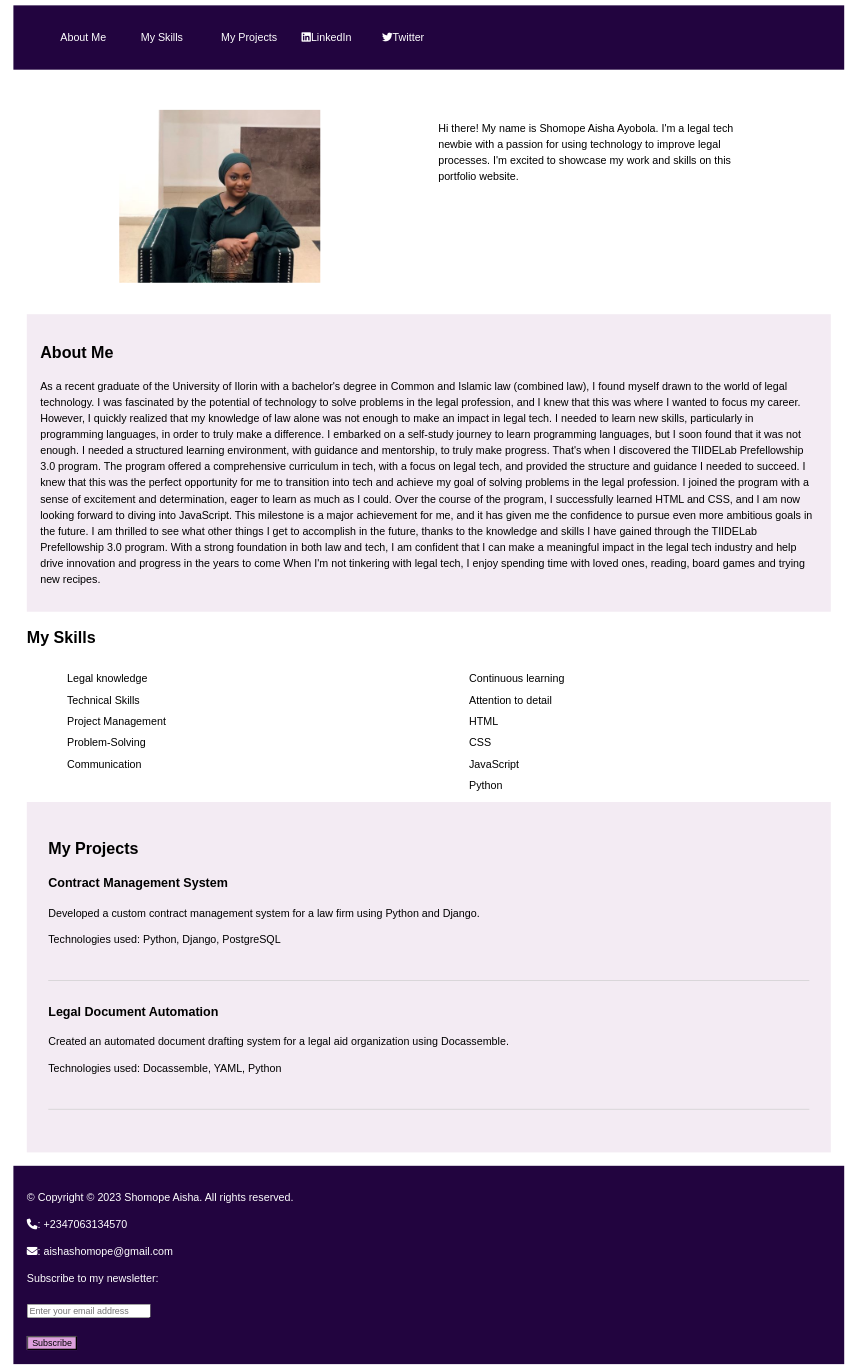
Repository: Iyewande/AishasPortfolio
Page: Index.html
The author's editor kept a copy of each file at every save. The page is drawn from the files as they stood at one save, then again after the next save.
The browser window is 1280 px wide. The pictures show the whole page, at 67% of full size.
Some web libraries are served in a nearby version.

Above is the page before, as saved 2023-05-04 22:14:45.

After the next save:
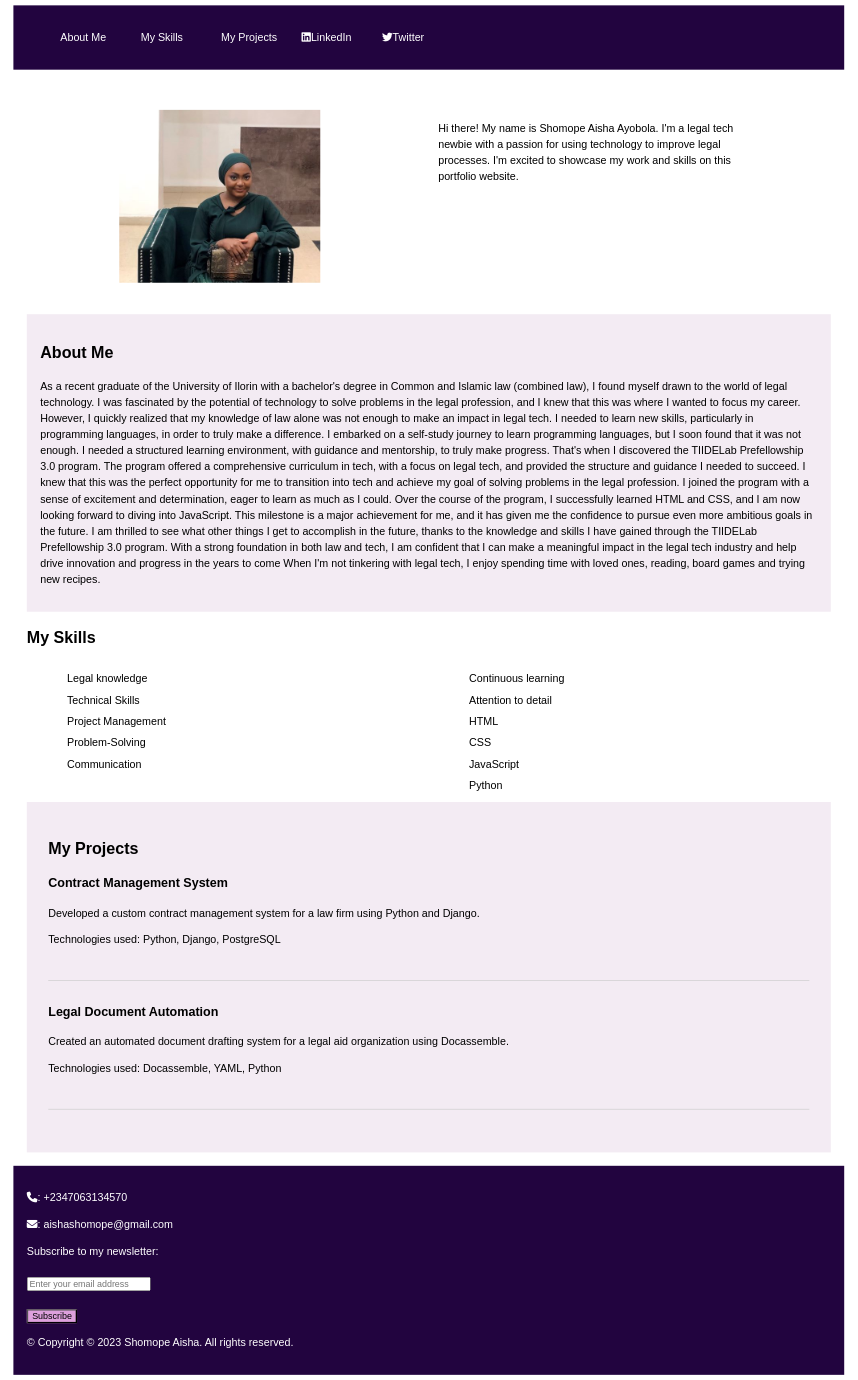
Saved 2 min 2 s later.
--- a/Index.html
+++ b/Index.html
@@ -157,8 +157,7 @@
         </main>
         <!-- footer: contains content that appears at the bottom of the page, such as copyright information. -->
         <footer>
-            <div class="footer-container">
-                <p>&copy; Copyright © 2023 Shomope Aisha. All rights reserved.</p>
+            <div id="footer">
                 <div class="contact">
                     <p><i class="fa-sharp fa-solid fa-phone"></i>: +2347063134570</p>
                     <p><i class="fa-solid fa-envelope"></i>: aishashomope@gmail.com</p>
@@ -170,6 +169,7 @@
                     <br><br>
                     <button class=btn type="submit">Subscribe</button>
                 </form>
+                <p>&copy; Copyright © 2023 Shomope Aisha. All rights reserved.</p>
             </div>
         </footer>
     </div>
